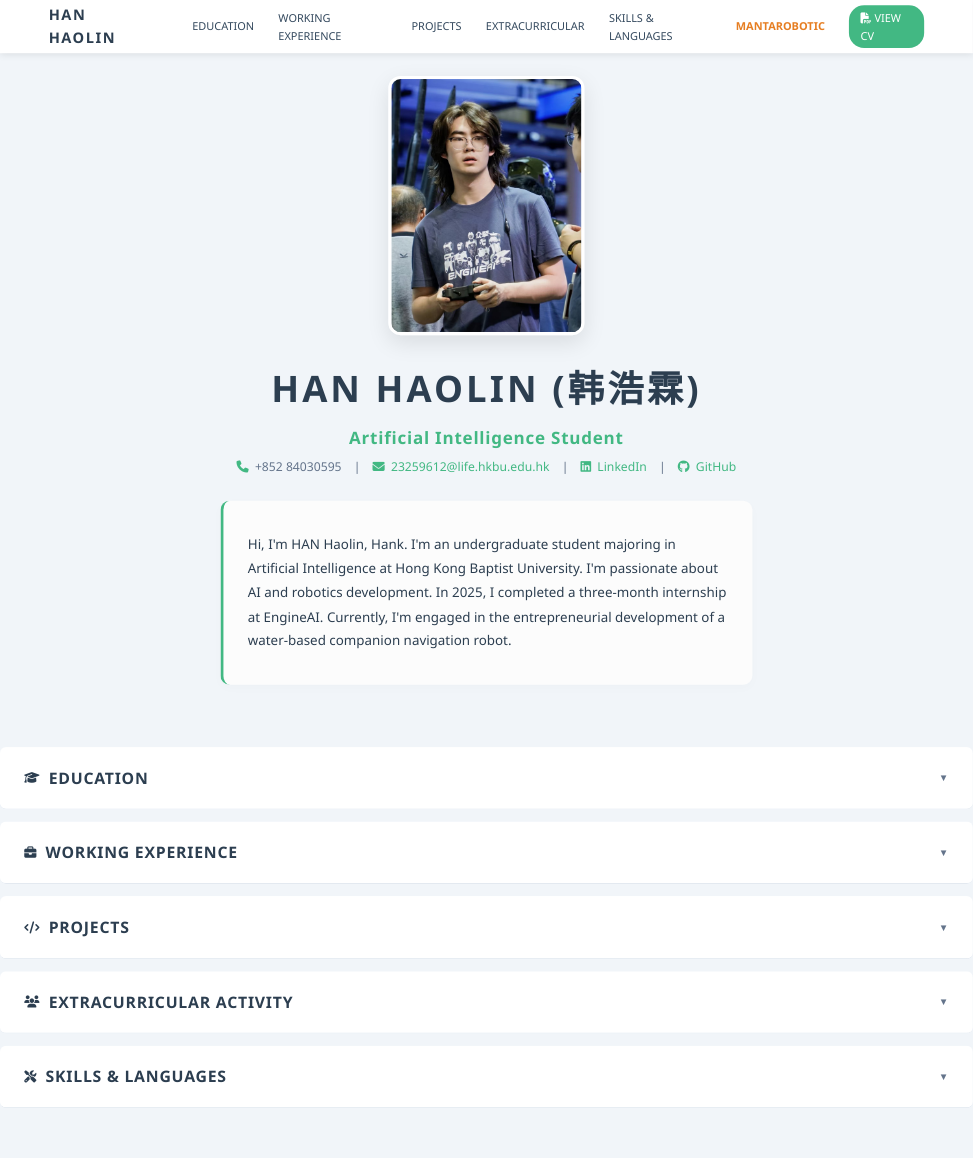
Repository: hhl2802149944-afk/hhl2802149944-afk.github.io
Page: /
An editor plug-in stored every save of this project. The page is shown before and after a run of saves, followed by the edit.
The browser window is 1280 px wide. The pictures show the whole page, at 76% of full size.
The project was rebuilt for these pictures with package versions that can differ from the ones it lists, and the page was loaded fresh each time. Also part of the build but not shown: vite.config.js, src/components/ProjectCard.vue, src/views/MantaRoboticView.vue.

Above is the page before, as saved 2026-01-22 11:28:37.

After the next 2 saves:
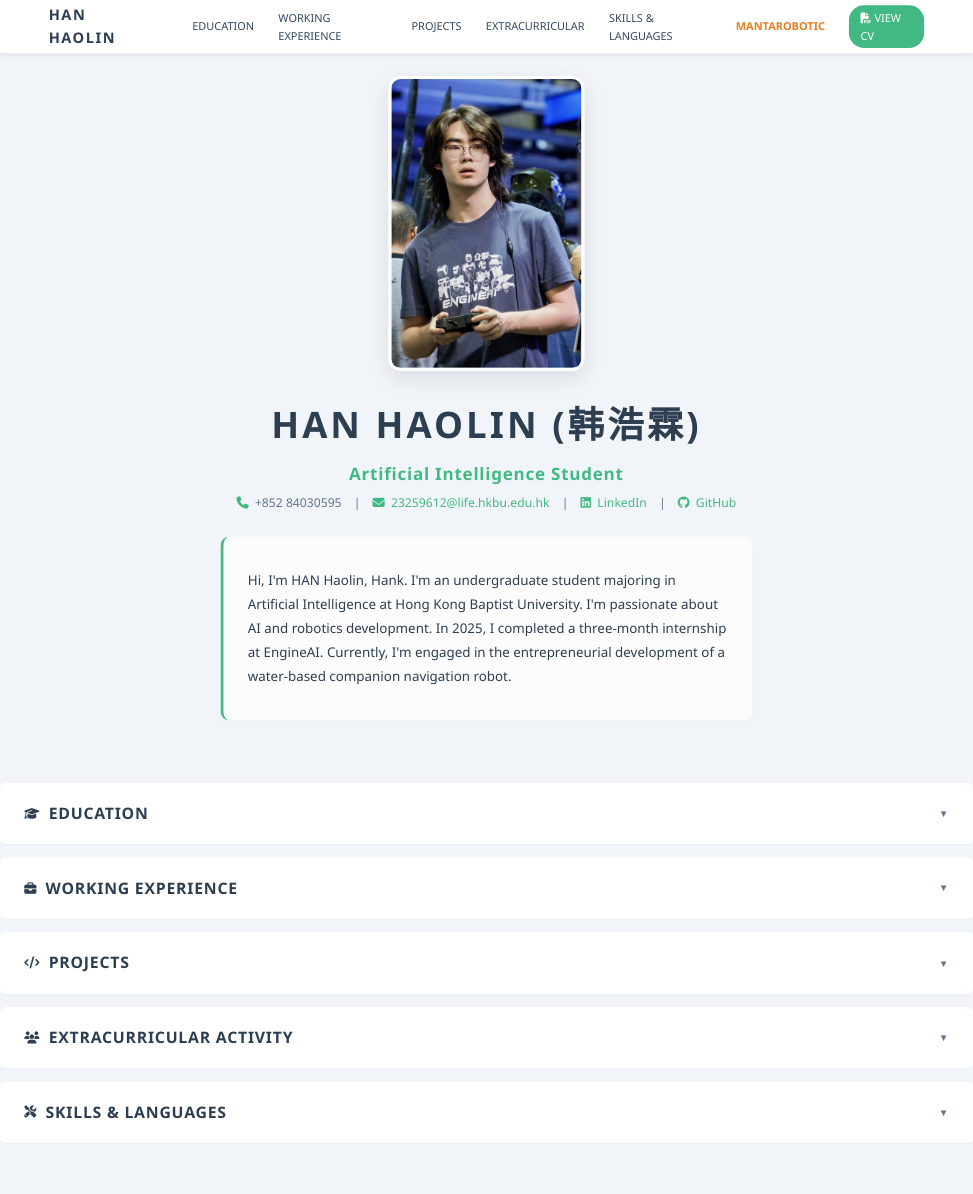
The 2 saves are shown as one change because they came seconds apart.
The last was saved 17 s later.
--- a/src/components/ResumeHeader.vue
+++ b/src/components/ResumeHeader.vue
@@ -96,7 +96,7 @@ h1 {
 
 .profile-pic-container {
   width: 250px;
-  height: 333px;
+  height: 380px;
   border-radius: 16px;
   overflow: hidden;
   box-shadow: 0 10px 30px rgba(0,0,0,0.1);
